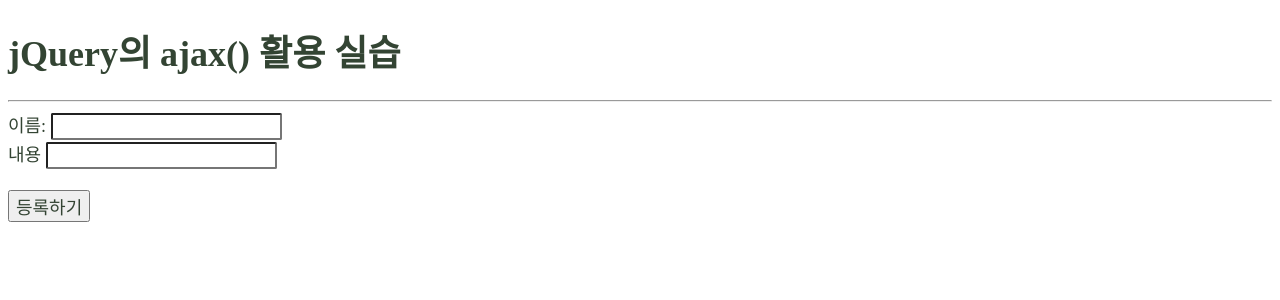
Repository: Jeong43/WebStudy
Page: http://localhost/AjaxJqueryApp04/AjaxTest03.jsp
These files come from the project's save history. The page is drawn as it stood at one moment and after the next save; the edit follows.
The browser window is 1280 px wide. The pictures show the whole page.
The page is served by Tomcat 9.

Above is the page before, as saved 2021-12-08 02:21:24.

### AjaxJqueryApp04/WebContent/AjaxTest03.jsp
<%@ page contentType="text/html; charset=UTF-8"%>
<%@ taglib prefix="c" uri="http://java.sun.com/jsp/jstl/core"%>
<%
	request.setCharacterEncoding("UTF-8");
String cp = request.getContextPath();
%>
<!DOCTYPE html>
<html>
<head>
<meta charset="UTF-8">
<link rel="stylesheet" type="text/css" href="<%=cp%>/css/main.css">
<script type="text/javascript"
	src="http://code.jquery.com/jquery.min.js"></script>

<script type="text/javascript">
	$(function()
	{
		$("#sendBtn").click(
				function()
				{
					//alert("sendBtn test");

					// data 구성
					var params = "title=" + $.trim($("#title").val())
							+ "&content=" + $.trim($("#content").val());

					// check~!!!
					// jQuery 의 ajax() 함수 사용(호출)
					$.ajax(
					{
						/* [내가 해결] */
						/*
						type : "POST"
						, url : "AjaxTest03_ok.jsp"
						, data : params
						//, async : true			//-- 동기 @true(비동기, defaul 값), false(동기)
						, dataType : "xml"			//-- check~!!!
						, success : function(args)
						{
							//alert("success Test");

							var out = "";
							$(args).find("records").each(function()
							{
								var item = $(this);

								var id = item.attr("id");
								var title = item.find("title").text();
								var content = item.find("content").text();

								out += "<br>>> id=" + id ;
								out += "<br> - title = " + title;
								out += "<br> - content = " + content;
								out += "<br>";
							});

							$("#resultDiv").html(out);

							$("#title").val("");
							$("#content").val("");
							$("#title").focus();
						}
						, beforeSend : showRequest
						, error : function(e)
						{
							alert(e.responseText);
						}
						*/

						/* [함께 해결] */
						type : "POST"
						, url : "AjaxTest03_ok.jsp"
						, data : params
						, dataType : "xml"			//-- check~!!!
						, success : function(xml)
						{
							$(xml).find("status").each(function()
							{
								var status = $(this).text();
								alert(status);
							});

							var str = "";

							$(xml).find("records").each(function()
							{
								var recods = $(this);

								var id = recods.attr("id");
								var title = recods.find("title").text();
								var content = recods.find("content").text();

								str += ">> id=" + id ;
								str += "<br>- title = " + title;
								str += "<br>- content = " + content;
								str += "<br><br>";
							});

							$("#resultDiv").html(str);

							$("#title").val("");
							$("#content").val("");
							$("#title").focus();
						}
						, beforeSend : showRequest
						, error : function(e)
						{
							alert(e.responseText);
						}

					});

				});
	});

	function showRequest()
	{
		var flag = true;

		if (!$.trim($("#title").val()))
		{
			alert("제목을 입력해야 합니다.");
			$("#title").focus();

			flag = false;
		}

		if (!$.trim($("#content").val()))
		{
			alert("내용을 입력해야 합니다.");
			$("#content").focus();

			flag = false;
		}

		return flag;
	}
</script>


<title>AjaxTest04.jsp</title>
</head>
<body>

	<div>
		<h1>jQuery의 ajax() 활용 실습</h1>
		<hr />
	</div>

	<div>
		이름: <input type="text" id="title" class="txt" /> <br />
		내용 <input type="text" id="content" class="txt">
		<br /> <br />

		<input type="button" value="등록하기" id="sendBtn" />
	</div>
	<br><br>

	<div id="resultDiv"></div>


</body>
</html>

### AjaxJqueryApp04/WebContent/css/main.css
@charset "UTF-8";


body, p, div, span, input, table, th, td, select
{
	font-size: 18px;
	color: #343;
	font-family: 맑은 고딕;
}

.txt
{
	font-weight: blod;
	border-radius: 2px;
}

.txt:focus
{
	background-color: #eeffee;
}

.control
{
	border: 1px solid gray;
	border-radius: 3px;
}

.table
{
	border-collapse: collapse;
	width: 100%;
}


.table th, .table td
{
	border: 1px solid gray;
	border-left: 0px;
	border-right: 0px;
	padding: 3px;
	line-height: 150%
}

.table th
{
	font-weight: bold;
	background-color: #EEE;
}

.btn
{
	font-weight: bold;
}

.btn:hover
{
	color: white;
	background-color: #778877;
}

After the next save:
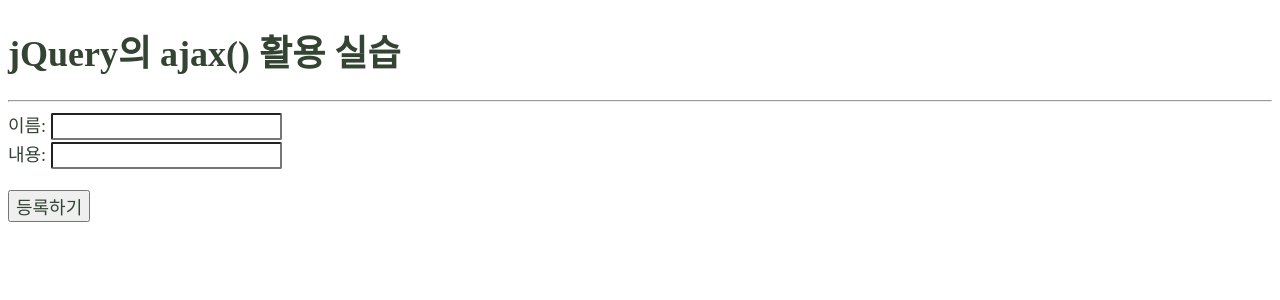
Saved 37 s later.
--- a/AjaxJqueryApp04/WebContent/AjaxTest03.jsp
+++ b/AjaxJqueryApp04/WebContent/AjaxTest03.jsp
@@ -77,7 +77,7 @@
 							$(xml).find("status").each(function()
 							{
 								var status = $(this).text();
-								alert(status);
+								//alert(status);
 							});
 
 							var str = "";
@@ -149,7 +149,7 @@
 
 	<div>
 		이름: <input type="text" id="title" class="txt" /> <br />
-		내용 <input type="text" id="content" class="txt">
+		내용: <input type="text" id="content" class="txt">
 		<br /> <br />
 
 		<input type="button" value="등록하기" id="sendBtn" />
